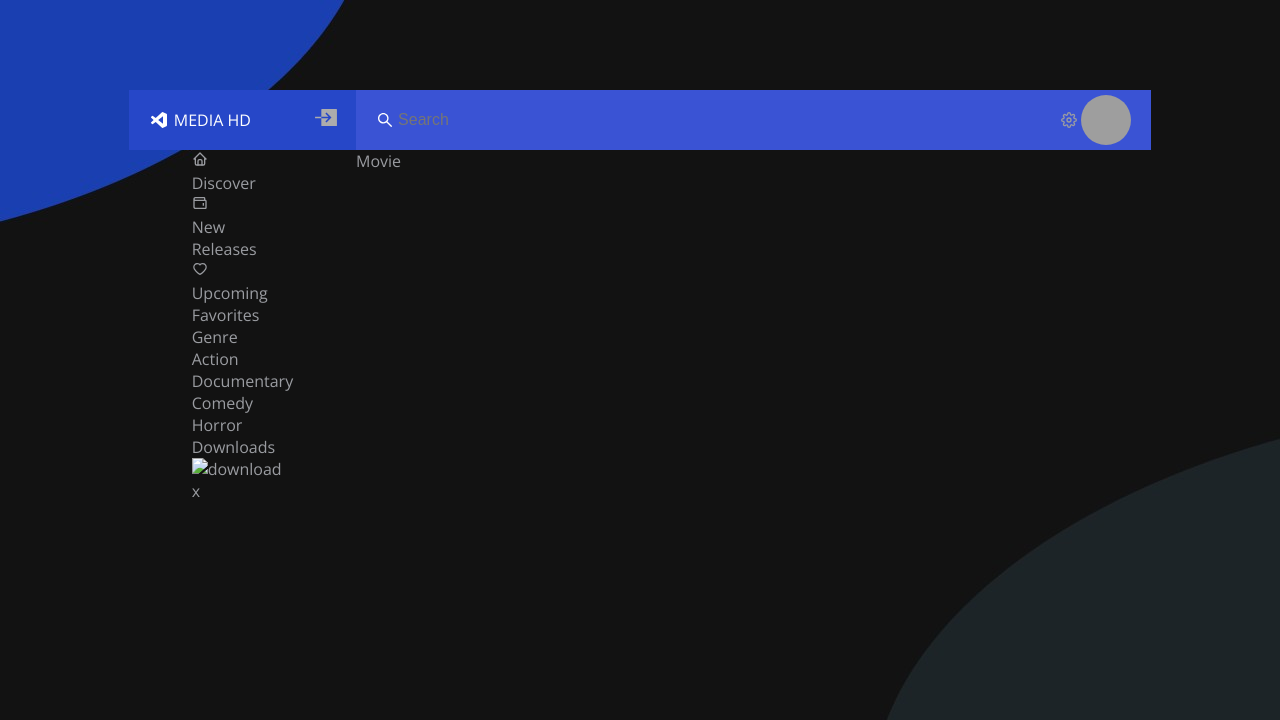
Repository: DevLaukey/movie-task
Page: /
The author's editor kept a copy of each file at every save. The page is drawn from the files as they stood at one save, then again after the next save.
The browser window is 1280 px wide. The pictures show the whole page.
Pictures or frames that could not be fetched are drawn as grey boxes. The page's requests for data from a server got no answer. The project was rebuilt for these pictures with package versions that can differ from the ones it lists, and the page was loaded fresh each time. No one was signed in, and anything a server would have sent is missing. Also part of the build but not shown: src/components/Body/Movies.css.

Above is the page before, as saved 2022-06-15 18:35:09.

### src/App.js
import "./App.css"
import Body from "./components/Body/Body";
import Sidebar from "./components/Sidebar/Sidebar";
import axios from "axios";
import { useEffect, useState } from "react";

function App() {
  const [movies, setMovies] = useState([]);
  const url = "https://api.themoviedb.org/3/";
  const api = axios.create({ baseURL: url });

  const movieDetails = api.get(`/discover/movie?api_key=${process.env.REACT_APP_MOVIEDB_API}`, {
    params: process.env.MOVIEDB_API,
  });

  useEffect(() => {
    movieDetails.then((res) => {
      console.log(res.data.results);
    });
  }, [movies])
  return (
    <main className="App">
      <div className="App__container">
        <Sidebar />
        <Body />
      </div>
    </main>
  );
}

export default App;

### src/index.css
*{
    padding: 0;
    margin: 0;
    box-sizing: border-box;

}

### src/features/counter/counterSlice.js
import { createAsyncThunk, createSlice } from '@reduxjs/toolkit';
import { fetchCount } from './counterAPI';

const initialState = {
  value: 0,
  movies: 'idle',
};

// The function below is called a thunk and allows us to perform async logic. It
// can be dispatched like a regular action: `dispatch(incrementAsync(10))`. This
// will call the thunk with the `dispatch` function as the first argument. Async
// code can then be executed and other actions can be dispatched. Thunks are
// typically used to make async requests.
export const incrementAsync = createAsyncThunk(
  'counter/fetchCount',
  async (amount) => {
    const response = await fetchCount(amount);
    // The value we return becomes the `fulfilled` action payload
    return response.data;
  }
);

export const counterSlice = createSlice({
  name: 'counter',
  initialState,
  // The `reducers` field lets us define reducers and generate associated actions
  reducers: {
    increment: (state) => {
      // Redux Toolkit allows us to write "mutating" logic in reducers. It
      // doesn't actually mutate the state because it uses the Immer library,
      // which detects changes to a "draft state" and produces a brand new
      // immutable state based off those changes
      state.value += 1;
    },
    decrement: (state) => {
      state.value -= 1;
    },
    // Use the PayloadAction type to declare the contents of `action.payload`
    incrementByAmount: (state, action) => {
      state.value += action.payload;
    },
  },
  // The `extraReducers` field lets the slice handle actions defined elsewhere,
  // including actions generated by createAsyncThunk or in other slices.
  extraReducers: (builder) => {
    builder
      .addCase(incrementAsync.pending, (state) => {
        state.status = 'loading';
      })
      .addCase(incrementAsync.fulfilled, (state, action) => {
        state.status = 'idle';
        state.value += action.payload;
      });
  },
});

export const { increment, decrement, incrementByAmount } = counterSlice.actions;

// The function below is called a selector and allows us to select a value from
// the state. Selectors can also be defined inline where they're used instead of
// in the slice file. For example: `useSelector((state: RootState) => state.counter.value)`
export const selectCount = (state) => state.counter.value;

// We can also write thunks by hand, which may contain both sync and async logic.
// Here's an example of conditionally dispatching actions based on current state.
export const incrementIfOdd = (amount) => (dispatch, getState) => {
  const currentValue = selectCount(getState());
  if (currentValue % 2 === 1) {
    dispatch(incrementByAmount(amount));
  }
};

export default counterSlice.reducer;

### src/App.css
@import url('https://fonts.googleapis.com/css2?family=Open+Sans&display=swap');
.App{
    background-image: url(../public/back.jpg);
    width: 100vw;
    height: 100vh;
    background-size: cover;
    background-repeat: no-repeat;
    font-family: 'Open Sans', sans-serif;
    color: rgba(154,156,161,255);
}
.App__container{
    position: absolute;
    display: flex;
    justify-content: center;
    padding: 10vh;
    width: 100%;
}

### src/components/Body/Body.js
import React from "react";
import "./Body.css";
import Movies from "./Movies";
import Nav from "./Nav/Nav";
function Body() {
  return (
    <div className="body">
      <Nav />
      <Movies />
    </div>
  );
}

export default Body;

### src/components/Sidebar/Sidebar.js
import React from "react";
import "./Sidebar.css";
import { IoEnterSharp } from "react-icons/io5";
import { SiVisualstudiocode } from "react-icons/si";
import { TbHome } from "react-icons/tb";
import { BiWallet } from "react-icons/bi";
import { AiOutlineHeart } from "react-icons/ai";

function Sidebar() {
  return (
    <div className="sidebar">
      <div className="sidebar__top">
        <div className="sidebar__left">
          <SiVisualstudiocode className="sidebar__logo" />
          <p className="sidebar__text">MEDIA HD</p>
        </div>
        <div className="sidebar__right">
          <IoEnterSharp
            style={{ color: "#acacac", height: "25", width: "30" }}
          />
        </div>
      </div>
      <div className="sidebar__bottom">
        <nav className="sidebar__logo">
          <div className="sidebar__option">
            <TbHome/>
            <p className="sidebar__option-text">Discover</p>
          </div>
          <div className="sidebar__option">
            <BiWallet />
            <p className="sidebar__option-text">New Releases</p>
          </div>
          <div className="sidebar__option">
            <AiOutlineHeart />
            <p className="sidebar__option-text">Upcoming</p>
          </div>
          <div className="sidebar__option">
            <p className="sidebar__option-text">Favorites</p>
          </div>
        </nav>
        <section className="sidebar__genre">
          <p className="sidebar__genre-bold-text">Genre</p>
          <p className="sidebar__genre-text">Action</p>
          <p className="sidebar__genre-text">Documentary</p>
          <p className="sidebar__genre-text">Comedy</p>
          <p className="sidebar__genre-text">Horror</p>
        </section>
        <section className="sidebar__downloads">
          <p className="sidebar__downloads-bold-text">Downloads</p>
          <img src="" alt="download" />
          <p className="sidebar__downloads-text">x</p>
        </section>
      </div>
    </div>
  );
}

export default Sidebar;

### src/components/Body/Body.css
.body{
    display: flex;
    flex-direction: column;
    top: -20px;
    width: 70%;
}

### src/components/Body/Movies.js
import React from 'react'
import Movie from './Movie'
import "./Movies.css"
function Movies() {
  return (
      <div>
          <Movie />
    </div>
  )
}

export default Movies

### src/components/Body/Nav/Nav.js
import React from 'react'
import "./Nav.css"
import { AiOutlineSearch} from "react-icons/ai";
import { FiSettings } from "react-icons/fi";

function Nav() {
  return (
    <div className="nav">
      <div className="nav__search">
        <AiOutlineSearch style={{ color: "white", fontSize: "20" }} />
        <input
          className="nav__search__input"
          type="text"
          placeholder="Search"
        />
      </div>
      <div className="nav__icons">
        <FiSettings />
        <img
          src={`https://dt2sdf0db8zob.cloudfront.net/wp-content/uploads/2019/12/9-Best-Online-Avatars-and-How-to-Make-Your-Own-for-Free-image1-5.png`}
          alt=""
          className="nav__avatar"
        />
      </div>
    </div>
  );
}

export default Nav

### src/components/Sidebar/Sidebar.css
.sidebar {
  display: flex;
  flex-direction: column;
  margin-top: 18px;
  width: 20%;
  align-items: center;
}
.sidebar__top {
  display: flex;
  width: 100%;
  justify-content: space-between;
  align-items: center;
  padding: 15px;
  background-color:#2647c8;
}
.sidebar__left {
  color: #fff;

  display: flex;
  align-items: center;
}
.sidebar__logo {
  width: 30px;
}

### src/components/Body/Movie.js
import React from 'react'
import "./Movies.css"
function Movie() {
  return (
    <div>Movie</div>
  )
}

export default Movie

### src/components/Body/Nav/Nav.css
.nav {
  width: 100%;
  display: flex;
  justify-content: space-between;
  margin-top: 18px;
  align-items: center;
  padding: 5px 20px;
  background-color: #3a53d4;
}
.nav__search {
  display: flex;
  align-items: center;
}
.nav__search__input {
  width: 100%;
  border: none;
  background-color: #3a53d4;
  color: #fff;
  margin-left: 4px;
  font-size: 1em;
}

.nav__search__input:focus {
  outline: none;
}
.nav__icons{
    display: flex;
    align-items: center;
}
.nav__avatar{
    margin-left: 4px;
  vertical-align: middle;
  width: 50px;
  height: 50px;
  border-radius: 50%
}

Loaded but not shown: public/index.html (common file); src/index.js (common file); src/app/store.js (common file); src/reportWebVitals.js (common file); src/features/counter/counterAPI.js (common file)

After the next save:
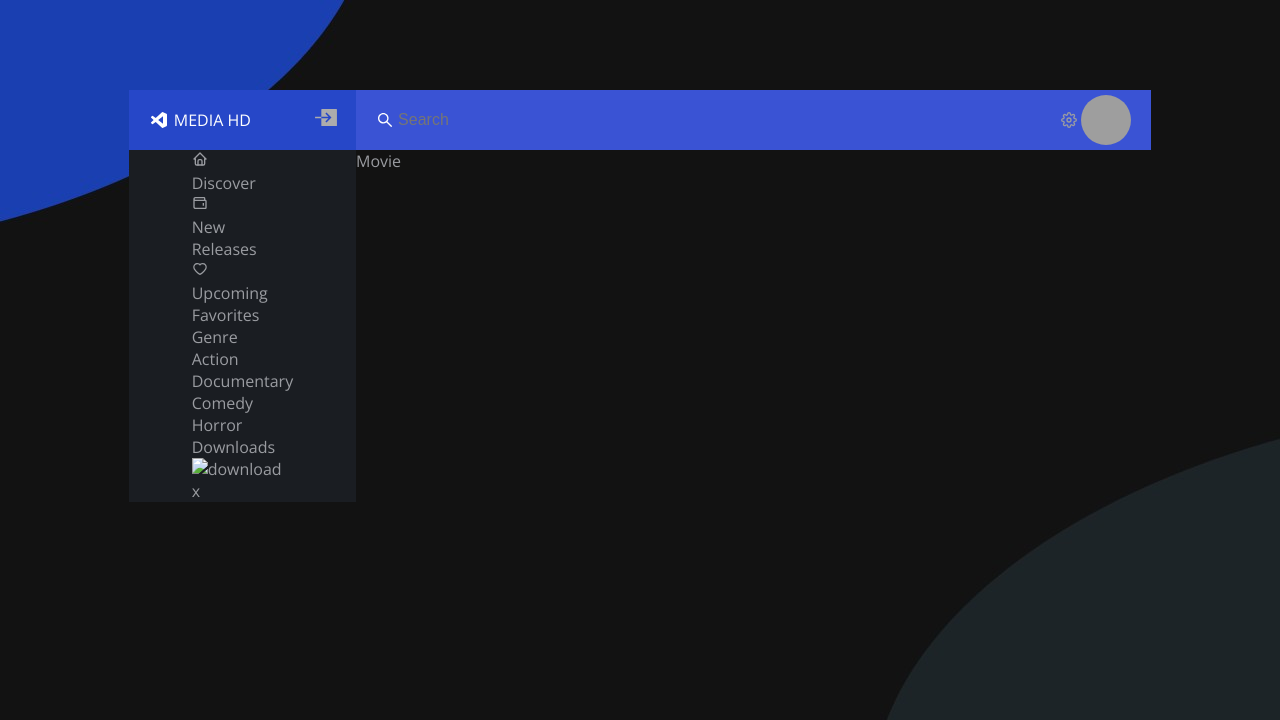
Saved 57 s later.
--- a/src/components/Sidebar/Sidebar.css
+++ b/src/components/Sidebar/Sidebar.css
@@ -4,6 +4,7 @@
   margin-top: 18px;
   width: 20%;
   align-items: center;
+  background-color:rgba(26,29,34,255);
 }
 .sidebar__top {
   display: flex;
